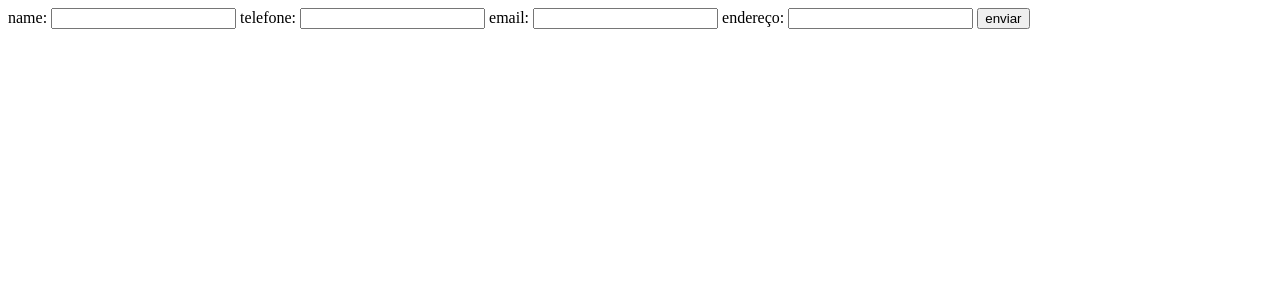
Repository: ygohamon/Java-Projeto-Ygohamon
Page: agenda-contato/WebContent/index.html
These files come from the project's save history. The page is drawn as it stood at one moment and after the next save; the edit follows.
The browser window is 1280 px wide. The pictures show the whole page.

Above is the page before, as saved 2017-10-24 23:50:35.

After the next save:
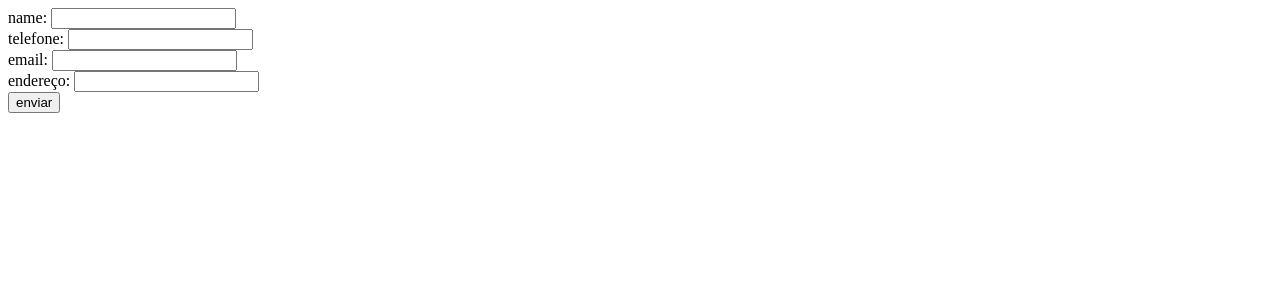
Saved 92 s later.
--- a/agenda-contato/WebContent/index.html
+++ b/agenda-contato/WebContent/index.html
@@ -6,10 +6,10 @@
 </head>
 <body>
 <form action="CadastroContato" method="post">
-	name: <input type="text" name="nome" id="nome">
-	telefone: <input type="text" name="telefone" id="telefone">
-	email: <input type="text" name="email" id="email">
-	endereço: <input type="text" name="endereco" id="endereco">
+	name: <input type="text" name="nome" id="nome"></br>
+	telefone: <input type="text" name="telefone" id="telefone"></br>
+	email: <input type="text" name="email" id="email"></br>
+	endereço: <input type="text" name="endereco" id="endereco"></br>
 	<input type="submit" title="enviar" value="enviar">
 
 </form>
